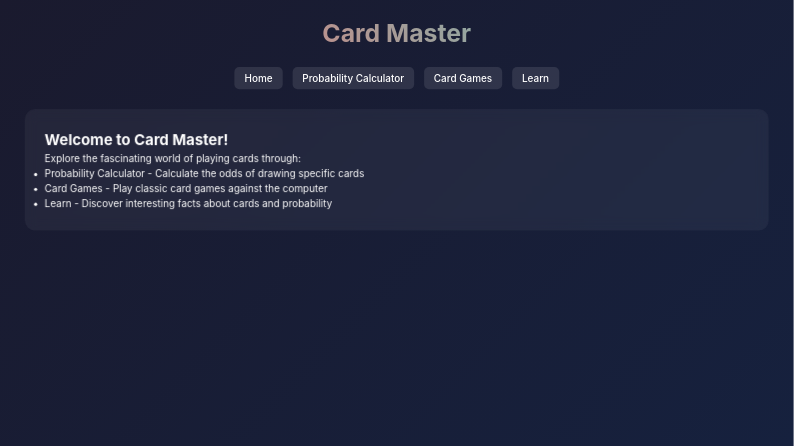
Repository: rohith1125/cards
Page: /
These files come from the project's save history. The page is drawn as it stood at one moment and after the next save; the edit follows.
The browser window is 1280 px wide. The pictures show the whole page, at 62% of full size.
The project was rebuilt for these pictures with package versions that can differ from the ones it lists, and the page was loaded fresh each time. Also part of the build but not shown: vite.config.ts. Imported but missing from the stored project, and not drawn on this page: src/components/Blackjack.

Above is the page before, as saved 2025-05-19 20:29:45.

### index.html
<!doctype html>
<html lang="en">
  <head>
    <meta charset="UTF-8" />
    <link rel="icon" type="image/svg+xml" href="/vite.svg" />
    <meta name="viewport" content="width=device-width, initial-scale=1.0" />
    <title>Card Master</title>
  </head>
  <body>
    <div id="root"></div>
    <script type="module" src="/src/main.tsx"></script>
  </body>
</html>

### src/index.css
:root {
  font-family: Inter, system-ui, Avenir, Helvetica, Arial, sans-serif;
  line-height: 1.5;
  font-weight: 400;

  color-scheme: light dark;
  color: rgba(255, 255, 255, 0.87);
  background-color: #242424;

  font-synthesis: none;
  text-rendering: optimizeLegibility;
  -webkit-font-smoothing: antialiased;
  -moz-osx-font-smoothing: grayscale;
}

* {
  margin: 0;
  padding: 0;
  box-sizing: border-box;
}

body {
  margin: 0;
  min-width: 320px;
  min-height: 100vh;
}

#root {
  width: 100%;
  min-height: 100vh;
}

h1 {
  font-size: 3.2em;
  line-height: 1.1;
}

button {
  border-radius: 8px;
  border: 1px solid transparent;
  padding: 0.6em 1.2em;
  font-size: 1em;
  font-weight: 500;
  font-family: inherit;
  background-color: #1a1a1a;
  cursor: pointer;
  transition: border-color 0.25s;
}

button:hover {
  border-color: #646cff;
}

button:focus,
button:focus-visible {
  outline: 4px auto -webkit-focus-ring-color;
}

@media (prefers-color-scheme: light) {
  :root {
    color: #213547;
    background-color: #ffffff;
  }
  button {
    background-color: #f9f9f9;
  }
}

### src/App.tsx
import { useState } from 'react'
import styled from '@emotion/styled'
import { ProbabilityCalculator } from './components/ProbabilityCalculator'

const AppContainer = styled.div`
  min-height: 100vh;
  background: linear-gradient(135deg, #1a1a2e 0%, #16213e 100%);
  color: white;
  padding: 2rem;
`

const Header = styled.header`
  text-align: center;
  margin-bottom: 2rem;
`

const Title = styled.h1`
  font-size: 2.5rem;
  margin: 0;
  background: linear-gradient(45deg, #ff6b6b, #4ecdc4);
  -webkit-background-clip: text;
  -webkit-text-fill-color: transparent;
`

const Navigation = styled.nav`
  display: flex;
  justify-content: center;
  gap: 1rem;
  margin-bottom: 2rem;
`

const NavButton = styled.button`
  padding: 0.5rem 1rem;
  border: none;
  border-radius: 8px;
  background: rgba(255, 255, 255, 0.1);
  color: white;
  cursor: pointer;
  transition: all 0.3s ease;

  &:hover {
    background: rgba(255, 255, 255, 0.2);
  }
`

const Content = styled.main`
  max-width: 1200px;
  margin: 0 auto;
  padding: 2rem;
  background: rgba(255, 255, 255, 0.05);
  border-radius: 16px;
  backdrop-filter: blur(10px);
`

function App() {
  const [currentPage, setCurrentPage] = useState('home')

  return (
    <AppContainer>
      <Header>
        <Title>Card Master</Title>
      </Header>
      <Navigation>
        <NavButton onClick={() => setCurrentPage('home')}>Home</NavButton>
        <NavButton onClick={() => setCurrentPage('probability')}>Probability Calculator</NavButton>
        <NavButton onClick={() => setCurrentPage('games')}>Card Games</NavButton>
        <NavButton onClick={() => setCurrentPage('learn')}>Learn</NavButton>
      </Navigation>
      <Content>
        {currentPage === 'home' && (
          <div>
            <h2>Welcome to Card Master!</h2>
            <p>Explore the fascinating world of playing cards through:</p>
            <ul>
              <li>Probability Calculator - Calculate the odds of drawing specific cards</li>
              <li>Card Games - Play classic card games against the computer</li>
              <li>Learn - Discover interesting facts about cards and probability</li>
            </ul>
          </div>
        )}
        {currentPage === 'probability' && <ProbabilityCalculator />}
        {currentPage === 'games' && <div>Card Games Coming Soon</div>}
        {currentPage === 'learn' && <div>Learning Section Coming Soon</div>}
      </Content>
    </AppContainer>
  )
}

export default App

### src/components/ProbabilityCalculator.tsx
import { useState } from 'react'
import styled from '@emotion/styled'
import Card from './Card'
import type { CardData } from '../utils/deck'
import { createDeck, calculateProbability } from '../utils/deck'

const Container = styled.div`
  display: flex;
  flex-direction: column;
  gap: 2rem;
  max-width: 1200px;
  margin: 0 auto;
`

const Header = styled.div`
  text-align: center;
  margin-bottom: 1rem;
`

const Title = styled.h2`
  font-size: 2rem;
  margin-bottom: 0.5rem;
  background: linear-gradient(45deg, #ff6b6b, #4ecdc4);
  -webkit-background-clip: text;
  -webkit-text-fill-color: transparent;
`

const Description = styled.p`
  color: #a0a0a0;
  font-size: 1.1rem;
`

const CardSelection = styled.div`
  display: flex;
  flex-wrap: wrap;
  gap: 1rem;
  margin-bottom: 1rem;
  padding: 1rem;
  background: rgba(255, 255, 255, 0.05);
  border-radius: 12px;
  justify-content: center;
`

const SelectedCardsSection = styled.div`
  background: rgba(255, 255, 255, 0.05);
  padding: 1.5rem;
  border-radius: 12px;
  margin: 1rem 0;
`

const SectionTitle = styled.h3`
  color: #4ecdc4;
  margin-bottom: 1rem;
  font-size: 1.3rem;
`

const Result = styled.div<{ probability: number }>`
  font-size: 1.4rem;
  padding: 1.5rem;
  background: ${props => {
    const prob = props.probability;
    if (prob > 0.1) return 'rgba(46, 213, 115, 0.1)';
    if (prob > 0.01) return 'rgba(255, 171, 0, 0.1)';
    return 'rgba(255, 71, 87, 0.1)';
  }};
  border-radius: 12px;
  text-align: center;
  margin: 1rem 0;
  border: 1px solid ${props => {
    const prob = props.probability;
    if (prob > 0.1) return 'rgba(46, 213, 115, 0.3)';
    if (prob > 0.01) return 'rgba(255, 171, 0, 0.3)';
    return 'rgba(255, 71, 87, 0.3)';
  }};
`

const Button = styled.button`
  padding: 0.8rem 1.5rem;
  border: none;
  border-radius: 8px;
  background: #4ecdc4;
  color: white;
  cursor: pointer;
  transition: all 0.3s ease;
  font-size: 1.1rem;
  font-weight: 500;

  &:hover {
    background: #45b7af;
    transform: translateY(-2px);
  }

  &:active {
    transform: translateY(0);
  }
`

const PresetButtons = styled.div`
  display: flex;
  gap: 1rem;
  flex-wrap: wrap;
  margin: 1rem 0;
  justify-content: center;
`

const PresetButton = styled(Button)`
  background: rgba(255, 255, 255, 0.1);
  font-size: 0.9rem;
  padding: 0.6rem 1rem;

  &:hover {
    background: rgba(255, 255, 255, 0.2);
  }
`

const Stats = styled.div`
  display: grid;
  grid-template-columns: repeat(auto-fit, minmax(200px, 1fr));
  gap: 1rem;
  margin: 1rem 0;
`

const StatCard = styled.div`
  background: rgba(255, 255, 255, 0.05);
  padding: 1rem;
  border-radius: 8px;
  text-align: center;
`

const StatValue = styled.div`
  font-size: 1.5rem;
  color: #4ecdc4;
  margin-bottom: 0.5rem;
`

const StatLabel = styled.div`
  color: #a0a0a0;
  font-size: 0.9rem;
`

export const ProbabilityCalculator = () => {
  const [selectedCards, setSelectedCards] = useState<CardData[]>([])
  const [probability, setProbability] = useState<number | null>(null)
  const deck = createDeck()

  const handleCardClick = (card: CardData) => {
    if (selectedCards.some(c => c.suit === card.suit && c.value === card.value)) {
      setSelectedCards(selectedCards.filter(c => !(c.suit === card.suit && c.value === card.value)))
    } else {
      setSelectedCards([...selectedCards, card])
    }
  }

  const calculate = () => {
    const prob = calculateProbability(deck, selectedCards)
    setProbability(prob)
  }

  const clearSelection = () => {
    setSelectedCards([])
    setProbability(null)
  }

  const selectRoyalFlush = () => {
    const royalFlush = deck.filter(card =>
      card.suit === 'spades' &&
      ['A', 'K', 'Q', 'J', '10'].includes(card.value)
    )
    setSelectedCards(royalFlush)
  }

  const selectFullHouse = () => {
    const threeOfAKind = deck.filter(card => card.value === 'A').slice(0, 3)
    const pair = deck.filter(card => card.value === 'K').slice(0, 2)
    setSelectedCards([...threeOfAKind, ...pair])
  }

  const selectFlush = () => {
    const flush = deck.filter(card => card.suit === 'hearts').slice(0, 5)
    setSelectedCards(flush)
  }

  const selectStraight = () => {
    const straight = deck.filter(card =>
      ['A', 'K', 'Q', 'J', '10'].includes(card.value)
    ).slice(0, 5)
    setSelectedCards(straight)
  }

  return (
    <Container>
      <Header>
        <Title>Card Probability Calculator</Title>
        <Description>
          Select cards to calculate the probability of drawing them in sequence from a fresh deck.
          Try the preset examples below to see common poker hand probabilities!
        </Description>
      </Header>

      <PresetButtons>
        <PresetButton onClick={selectRoyalFlush}>Royal Flush</PresetButton>
        <PresetButton onClick={selectFullHouse}>Full House</PresetButton>
        <PresetButton onClick={selectFlush}>Flush</PresetButton>
        <PresetButton onClick={selectStraight}>Straight</PresetButton>
        <PresetButton onClick={clearSelection}>Clear Selection</PresetButton>
      </PresetButtons>

      <CardSelection>
        {deck.map((card, index) => (
          <Card
            key={`${card.suit}-${card.value}-${index}`}
            suit={card.suit}
            value={card.value}
            onClick={() => handleCardClick(card)}
          />
        ))}
      </CardSelection>

      <SelectedCardsSection>
        <SectionTitle>Selected Cards ({selectedCards.length})</SectionTitle>
        <CardSelection>
          {selectedCards.map((card, index) => (
            <Card
              key={`selected-${card.suit}-${card.value}-${index}`}
              suit={card.suit}
              value={card.value}
            />
          ))}
        </CardSelection>
      </SelectedCardsSection>

      <Stats>
        <StatCard>
          <StatValue>{selectedCards.length}</StatValue>
          <StatLabel>Cards Selected</StatLabel>
        </StatCard>
        <StatCard>
          <StatValue>{52 - selectedCards.length}</StatValue>
          <StatLabel>Cards Remaining</StatLabel>
        </StatCard>
        <StatCard>
          <StatValue>
            {selectedCards.length > 0
              ? ((selectedCards.length / 52) * 100).toFixed(1)
              : '0'}%
          </StatValue>
          <StatLabel>Deck Coverage</StatLabel>
        </StatCard>
      </Stats>

      <Button onClick={calculate}>Calculate Probability</Button>

      {probability !== null && (
        <Result probability={probability}>
          <div>Probability of drawing these cards:</div>
          <div style={{ fontSize: '2rem', marginTop: '0.5rem' }}>
            {(probability * 100).toFixed(8)}%
          </div>
          <div style={{ fontSize: '1rem', marginTop: '0.5rem', color: '#a0a0a0' }}>
            1 in {Math.round(1 / probability).toLocaleString()} chance
          </div>
        </Result>
      )}
    </Container>
  )
}

### src/components/Card.tsx
import styled from '@emotion/styled'
import { motion } from 'framer-motion'

export type Suit = 'hearts' | 'diamonds' | 'clubs' | 'spades'
export type Value = 'A' | '2' | '3' | '4' | '5' | '6' | '7' | '8' | '9' | '10' | 'J' | 'Q' | 'K'

export interface CardProps {
  suit: Suit
  value: Value
  faceUp?: boolean
  onClick?: () => void
}

const CardContainer = styled(motion.div)<{ faceUp: boolean }>`
  width: 120px;
  height: 180px;
  background: ${props => props.faceUp ? 'white' : '#2c3e50'};
  border-radius: 10px;
  padding: 10px;
  box-shadow: 0 4px 8px rgba(0, 0, 0, 0.2);
  cursor: pointer;
  position: relative;
  display: flex;
  flex-direction: column;
  justify-content: space-between;
  user-select: none;
`

const CardValue = styled.div<{ suit: Suit }>`
  font-size: 1.5rem;
  font-weight: bold;
  color: ${props => props.suit === 'hearts' || props.suit === 'diamonds' ? '#e74c3c' : '#2c3e50'};
`

const CardSuit = styled.div<{ suit: Suit }>`
  font-size: 2rem;
  color: ${props => props.suit === 'hearts' || props.suit === 'diamonds' ? '#e74c3c' : '#2c3e50'};
`

const getSuitSymbol = (suit: Suit): string => {
  switch (suit) {
    case 'hearts': return '♥'
    case 'diamonds': return '♦'
    case 'clubs': return '♣'
    case 'spades': return '♠'
  }
}

const Card = ({ suit, value, faceUp = true, onClick }: CardProps) => {
  return (
    <CardContainer
      faceUp={faceUp}
      onClick={onClick}
      whileHover={{ scale: 1.05 }}
      whileTap={{ scale: 0.95 }}
    >
      {faceUp ? (
        <>
          <CardValue suit={suit}>{value}</CardValue>
          <CardSuit suit={suit}>{getSuitSymbol(suit)}</CardSuit>
        </>
      ) : (
        <div style={{
          background: 'linear-gradient(45deg, #2c3e50, #34495e)',
          width: '100%',
          height: '100%',
          borderRadius: '5px'
        }} />
      )}
    </CardContainer>
  )
}

export default Card

### src/utils/deck.ts
import type { Suit, Value } from '../components/Card'

// Card data interface for representing a playing card
export type CardData = {
  suit: Suit
  value: Value
}

const SUITS: Suit[] = ['hearts', 'diamonds', 'clubs', 'spades']
const VALUES: Value[] = ['A', '2', '3', '4', '5', '6', '7', '8', '9', '10', 'J', 'Q', 'K']

export const createDeck = (): CardData[] => {
  const deck: CardData[] = []
  for (const suit of SUITS) {
    for (const value of VALUES) {
      deck.push({ suit, value })
    }
  }
  return deck
}

export const shuffleDeck = (deck: CardData[]): CardData[] => {
  const shuffled = [...deck]
  for (let i = shuffled.length - 1; i > 0; i--) {
    const j = Math.floor(Math.random() * (i + 1))
    ;[shuffled[i], shuffled[j]] = [shuffled[j], shuffled[i]]
  }
  return shuffled
}

export const dealCards = (deck: CardData[], numPlayers: number, cardsPerPlayer: number): CardData[][] => {
  const hands: CardData[][] = Array(numPlayers).fill(null).map(() => [])
  const shuffledDeck = shuffleDeck(deck)

  for (let i = 0; i < cardsPerPlayer; i++) {
    for (let j = 0; j < numPlayers; j++) {
      if (shuffledDeck.length > 0) {
        hands[j].push(shuffledDeck.pop()!)
      }
    }
  }

  return hands
}

export const calculateProbability = (deck: CardData[], targetCards: CardData[]): number => {
  const remainingCards = deck.length
  const targetCount = targetCards.length

  if (targetCount > remainingCards) return 0

  let probability = 1
  for (let i = 0; i < targetCount; i++) {
    probability *= (targetCount - i) / (remainingCards - i)
  }

  return probability
}

Loaded but not shown: src/main.tsx (common file)

After the next save:
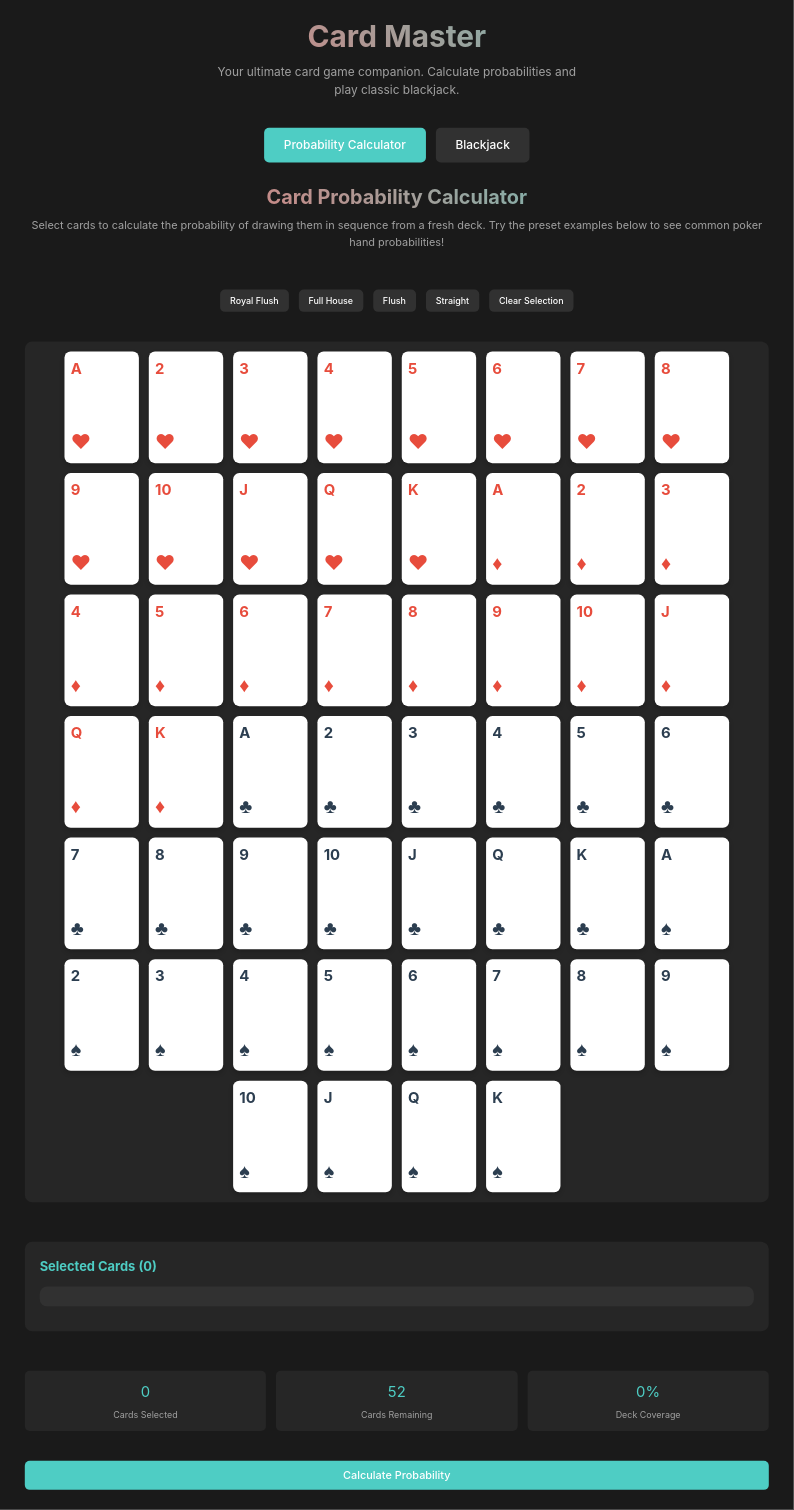
Saved 47 s later.
--- a/src/App.tsx
+++ b/src/App.tsx
@@ -1,25 +1,33 @@
 import { useState } from 'react'
 import styled from '@emotion/styled'
 import { ProbabilityCalculator } from './components/ProbabilityCalculator'
+import { Blackjack } from './components/Blackjack'
 
-const AppContainer = styled.div`
+const Container = styled.div`
   min-height: 100vh;
-  background: linear-gradient(135deg, #1a1a2e 0%, #16213e 100%);
+  background: #1a1a1a;
   color: white;
   padding: 2rem;
 `
 
 const Header = styled.header`
   text-align: center;
-  margin-bottom: 2rem;
+  margin-bottom: 3rem;
 `
 
 const Title = styled.h1`
-  font-size: 2.5rem;
-  margin: 0;
+  font-size: 3rem;
+  margin-bottom: 1rem;
   background: linear-gradient(45deg, #ff6b6b, #4ecdc4);
   -webkit-background-clip: text;
   -webkit-text-fill-color: transparent;
+`
+
+const Description = styled.p`
+  color: #a0a0a0;
+  font-size: 1.2rem;
+  max-width: 600px;
+  margin: 0 auto;
 `
 
 const Navigation = styled.nav`
@@ -29,60 +37,59 @@ const Navigation = styled.nav`
   margin-bottom: 2rem;
 `
 
-const NavButton = styled.button`
-  padding: 0.5rem 1rem;
+const NavButton = styled.button<{ active: boolean }>`
+  padding: 1rem 2rem;
+  font-size: 1.2rem;
   border: none;
   border-radius: 8px;
-  background: rgba(255, 255, 255, 0.1);
+  background: ${props => props.active ? '#4ecdc4' : 'rgba(255, 255, 255, 0.1)'};
   color: white;
   cursor: pointer;
   transition: all 0.3s ease;
 
   &:hover {
-    background: rgba(255, 255, 255, 0.2);
+    background: ${props => props.active ? '#45b7af' : 'rgba(255, 255, 255, 0.2)'};
+    transform: translateY(-2px);
+  }
+
+  &:active {
+    transform: translateY(0);
   }
 `
 
-const Content = styled.main`
-  max-width: 1200px;
-  margin: 0 auto;
-  padding: 2rem;
-  background: rgba(255, 255, 255, 0.05);
-  border-radius: 16px;
-  backdrop-filter: blur(10px);
-`
-
 function App() {
-  const [currentPage, setCurrentPage] = useState('home')
+  const [activePage, setActivePage] = useState<'calculator' | 'blackjack'>('calculator')
 
   return (
-    <AppContainer>
+    <Container>
       <Header>
         <Title>Card Master</Title>
+        <Description>
+          Your ultimate card game companion. Calculate probabilities and play classic blackjack.
+        </Description>
       </Header>
+
       <Navigation>
-        <NavButton onClick={() => setCurrentPage('home')}>Home</NavButton>
-        <NavButton onClick={() => setCurrentPage('probability')}>Probability Calculator</NavButton>
-        <NavButton onClick={() => setCurrentPage('games')}>Card Games</NavButton>
-        <NavButton onClick={() => setCurrentPage('learn')}>Learn</NavButton>
+        <NavButton
+          active={activePage === 'calculator'}
+          onClick={() => setActivePage('calculator')}
+        >
+          Probability Calculator
+        </NavButton>
+        <NavButton
+          active={activePage === 'blackjack'}
+          onClick={() => setActivePage('blackjack')}
+        >
+          Blackjack
+        </NavButton>
       </Navigation>
-      <Content>
-        {currentPage === 'home' && (
-          <div>
-            <h2>Welcome to Card Master!</h2>
-            <p>Explore the fascinating world of playing cards through:</p>
-            <ul>
-              <li>Probability Calculator - Calculate the odds of drawing specific cards</li>
-              <li>Card Games - Play classic card games against the computer</li>
-              <li>Learn - Discover interesting facts about cards and probability</li>
-            </ul>
-          </div>
-        )}
-        {currentPage === 'probability' && <ProbabilityCalculator />}
-        {currentPage === 'games' && <div>Card Games Coming Soon</div>}
-        {currentPage === 'learn' && <div>Learning Section Coming Soon</div>}
-      </Content>
-    </AppContainer>
+
+      {activePage === 'calculator' ? (
+        <ProbabilityCalculator />
+      ) : (
+        <Blackjack />
+      )}
+    </Container>
   )
 }
 
